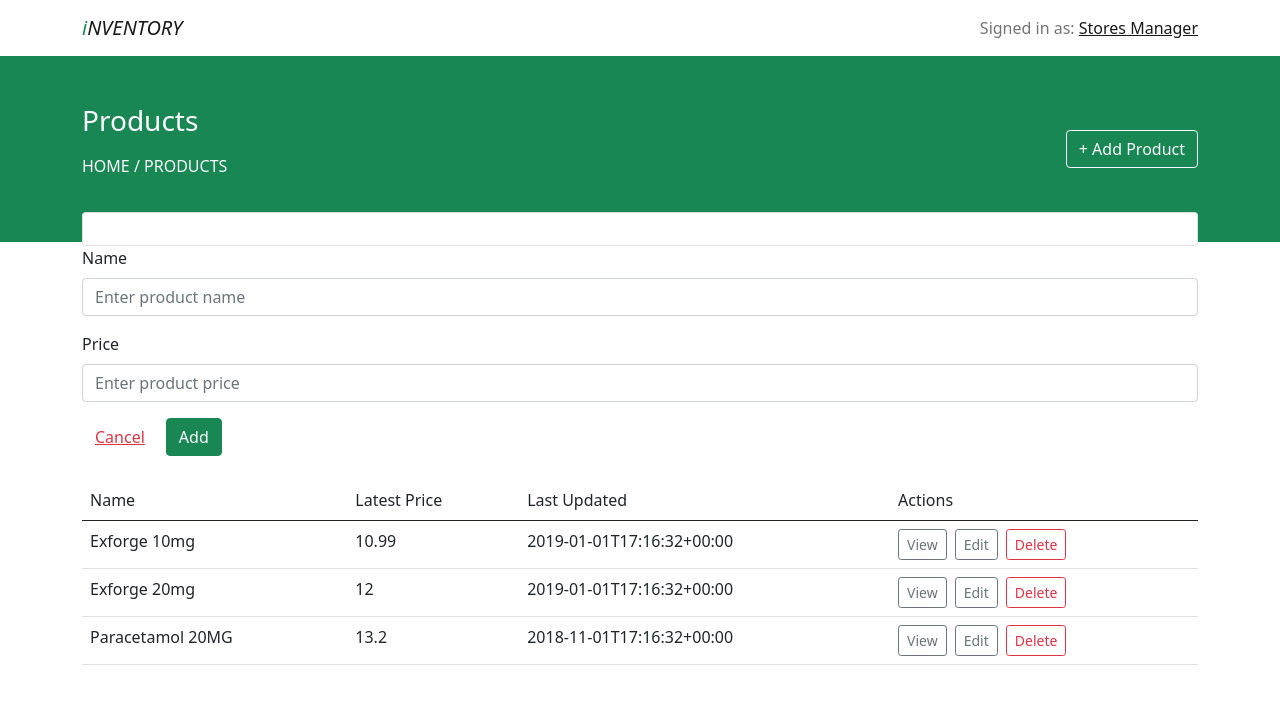
Repository: tHEO2k17/inventory-manager
Page: /
The author's editor kept a copy of each file at every save. The page is drawn from the files as they stood at one save, then again after the next save.
The browser window is 1280 px wide. The pictures show the whole page.
The project was rebuilt for these pictures with package versions that can differ from the ones it lists, and the page was loaded fresh each time.

Above is the page before, as saved 2021-08-31 09:27:16.

After the next save:
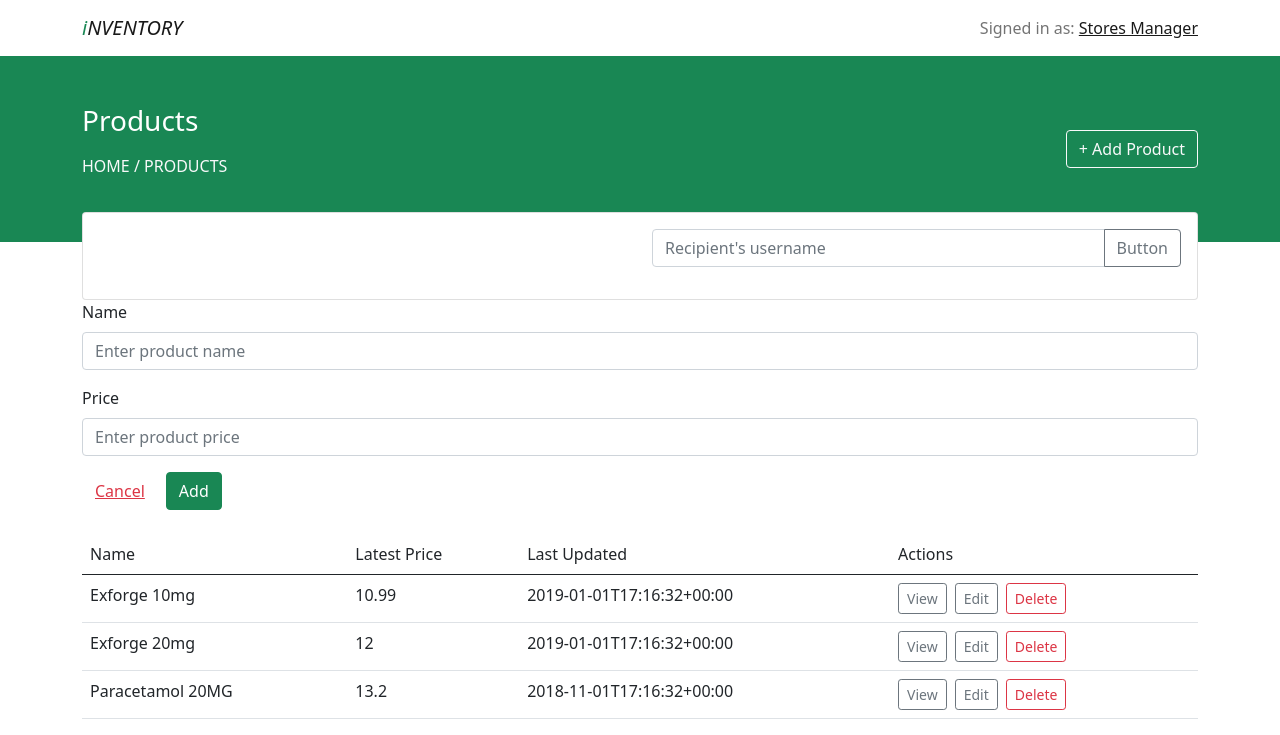
Saved 82 s later.
--- a/src/presentation/pages/ProductsPage.tsx
+++ b/src/presentation/pages/ProductsPage.tsx
@@ -1,5 +1,5 @@
 import { Component } from "react"
-import { Card, Container, Table } from "react-bootstrap";
+import { Button, Card, Col, Container, FormControl, InputGroup, Row, Table } from "react-bootstrap";
 import { mock } from "../../core/mock";
 import Banner from "../components/Banner";
 import Product from "../components/Product";
@@ -14,32 +14,46 @@ export default class ProductsPage extends Component {
     render() {
         return (
             <>
-            <TopBar/>
-            <Banner/>
-            <Container>
-                <Card className="mtn-30">
-                    <Card.Body>
-
-                    </Card.Body>
-                </Card>
-                <ProductForm/>
-                <br/>
-                <Table>
-                    <thead>
-                        <tr>
-                            <td>Name</td>
-                            <td>Latest Price</td>
-                            <td>Last Updated</td>
-                            <td>Actions</td>
-                        </tr>
-                    </thead>
-                    <tbody>
-                        {
-                            mock.products.map(product => <Product key={product.id} product={product} />)
-                        }
-                    </tbody>
-                </Table>
-            </Container>
+                <TopBar />
+                <Banner />
+                <Container>
+                    <Card className="mtn-30">
+                        <Card.Body>
+                            <Row>
+                                <Col></Col>
+                                <Col>
+                                    <InputGroup className="mb-3">
+                                        <FormControl
+                                            placeholder="Recipient's username"
+                                            aria-label="Recipient's username"
+                                            aria-describedby="basic-addon2"
+                                        />
+                                        <Button variant="outline-secondary" id="button-addon2">
+                                            Button
+                                        </Button>
+                                    </InputGroup>
+                                </Col>
+                            </Row>
+                        </Card.Body>
+                    </Card>
+                    <ProductForm />
+                    <br />
+                    <Table>
+                        <thead>
+                            <tr>
+                                <td>Name</td>
+                                <td>Latest Price</td>
+                                <td>Last Updated</td>
+                                <td>Actions</td>
+                            </tr>
+                        </thead>
+                        <tbody>
+                            {
+                                mock.products.map(product => <Product key={product.id} product={product} />)
+                            }
+                        </tbody>
+                    </Table>
+                </Container>
             </>
         );
     }
